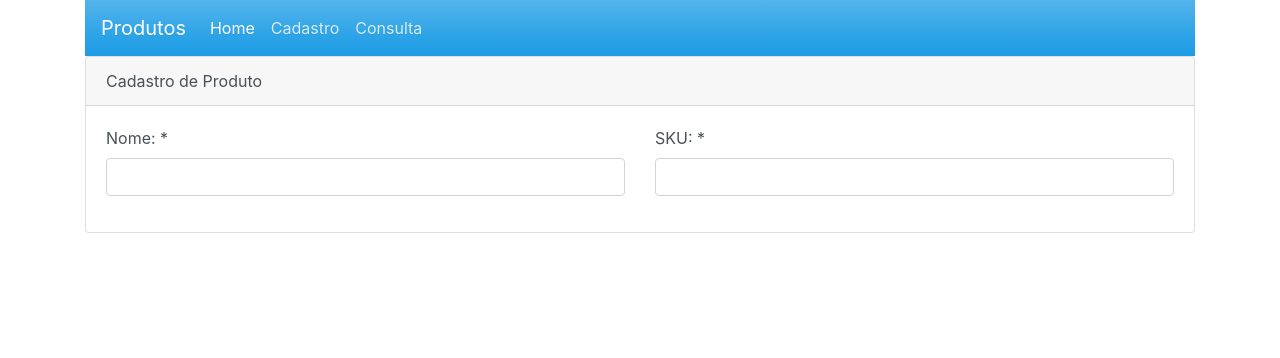
Repository: charles014/curso-react-2020
Page: /#/cadastro-produtos (app in cadastro-produtos/)
An editor plug-in stored every save of this project. The page is shown before and after the next save, followed by the edit.
The browser window is 1280 px wide. The pictures show the whole page.
Some web libraries are served in a nearby version. The project was rebuilt for these pictures with package versions that can differ from the ones it lists, and the page was loaded fresh each time. Also part of the build but not shown: cadastro-produtos/src/index.css, cadastro-produtos/src/pages/home.js.

Above is the page before, as saved 2020-09-17 17:22:17.

After the next save:
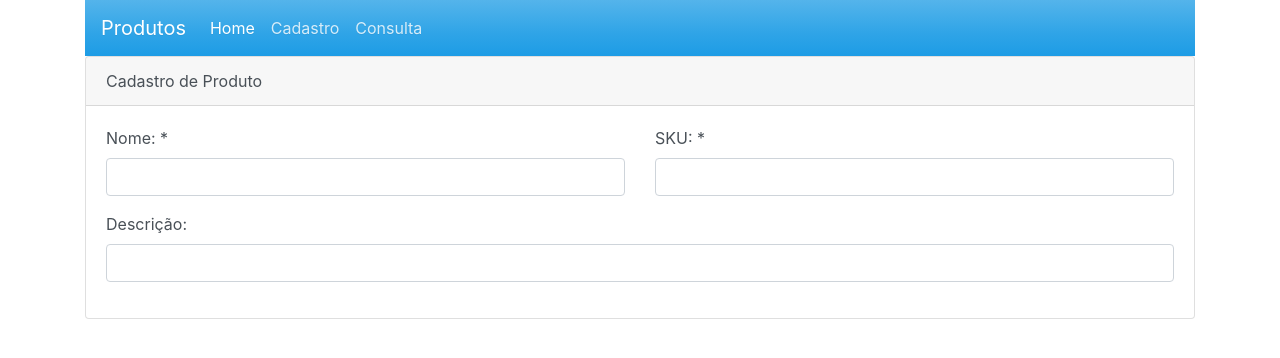
Saved 6 min 12 s later.
--- a/cadastro-produtos/src/pages/produtos/cadastro.js
+++ b/cadastro-produtos/src/pages/produtos/cadastro.js
@@ -22,8 +22,19 @@ class CadastroProduto extends React.Component{
                                         <input type="text" className="form-control"/>
                                    </div>
                               </div>
+                         </div>
+                         <div className="row">
+                              <div className="col-md-12">
+                                   <div className="form-group">
+                                        <label>Descrição:</label>
+                                        <input className="form-control" />
 
-                         </div>
+                                   </div>
+
+                              </div>
+
+                              </div>
+
 
                     </div>
              </div>
